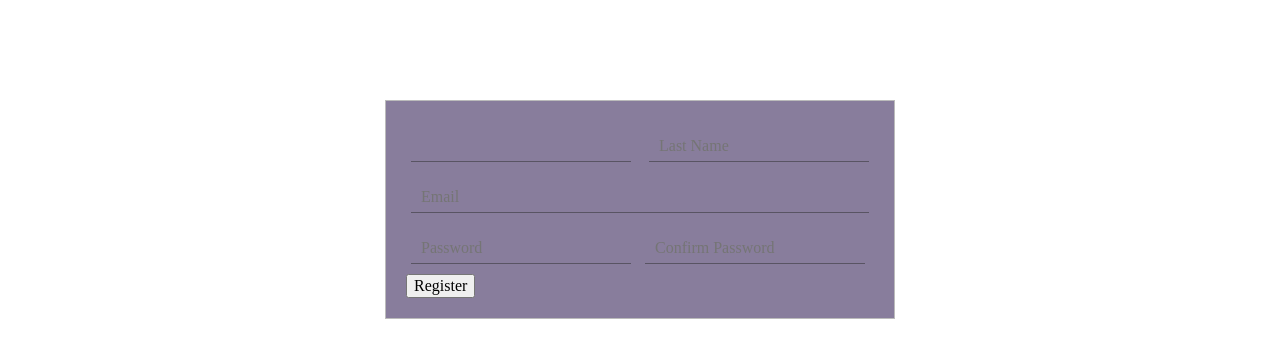
Repository: AMAmine89/vanilla-projects
Page: formo/index.html
An editor plug-in stored every save of this project. The page is shown before and after the next save, followed by the edit.
The browser window is 1280 px wide. The pictures show the whole page.

Above is the page before, as saved 2021-05-05 06:43:14.

### formo/index.html
<!DOCTYPE html>
<html lang="en">
<head>
    <meta charset="UTF-8">
    <meta http-equiv="X-UA-Compatible" content="IE=edge">
    <meta name="viewport" content="width=device-width, initial-scale=1.0">
    <link rel="stylesheet" href="css/normalize.css">
    <link rel="stylesheet" href="style.css">
    <title>Formo</title>
</head>
<body>
    <section>
        <form>
            <div class="double-block">
                <input type="text" name="first-name" id="first-name">
                <label for="first-name"></label>
                <input type="text" name="last-name" placeholder="Last Name">
            </div>
            <div>
                <input type="email" name="email" placeholder="Email">
            </div>
            <div class="double-block">
                <input type="password" name="password" placeholder="Password">
                <input type="password" name="confirm-password" placeholder="Confirm Password">
            </div>
            <div>
                <input type="submit" value="Register">
            </div>
        </form>
    </section>
</body>
</html>

### formo/style.css
section {
    display: flex;
    justify-content: center;
    margin-top: 100px;
}

form {
    background: rgba(42, 22, 78, 0.555);
    padding: 20px;
    border: 1px solid rgb(187, 187, 187);
    border-radius: 0%;
    -webkit-border-radius: 0%;
    -moz-border-radius: 0%;
    -ms-border-radius: 0%;
    -o-border-radius: 0%;
}


input:not(input[type="submit"]) {
    padding: 5px 10px;
    height: 20px;
    background: transparent;
    border-top: none;
    border-right: none;
    border-left: none;
    border-bottom: solid 1px rgba(49, 49, 49, 0.527);
    margin: 10px 5px;
    outline: none;
}

input[type="email"] {
    width: -webkit-fill-available;
}

input:not(input[type="submit"])::after {
    content: '';
    width: 0;
    display: block;
    height: 1px;
    color: rgb(49, 49, 49);
    border-bottom: solid 1px;
    transition: width .3s ease-in-out;
    -webkit-transition: width .3s ease-in-out;
    -moz-transition: width .3s ease-in-out;
    -ms-transition: width .3s ease-in-out;
    -o-transition: width .3s ease-in-out;
}

input:not(input[type="submit"]):focus::after {
    width: 100%;
}


input[name="first-name"]::before {
    content: 'First Name';
    cursor: text;
    width: 100%;
    height: 100%;
    display: inline-block;
    position: relative;
    bottom: auto;
    left: -180px;
}

input[name="first-name"]:focus::before {
    bottom: 20px;
}

label {
    cursor: text;
    display: inline-block;
    position: relative;
    bottom: auto;
    left: -180px;
    transition: bottom .7s ease-in-out;
    -webkit-transition: bottom .7s ease-in-out;
    -moz-transition: bottom .7s ease-in-out;
    -ms-transition: bottom .7s ease-in-out;
    -o-transition: bottom .7s ease-in-out;
}

Loaded but not shown: formo/normalize.css (library)

After the next save:
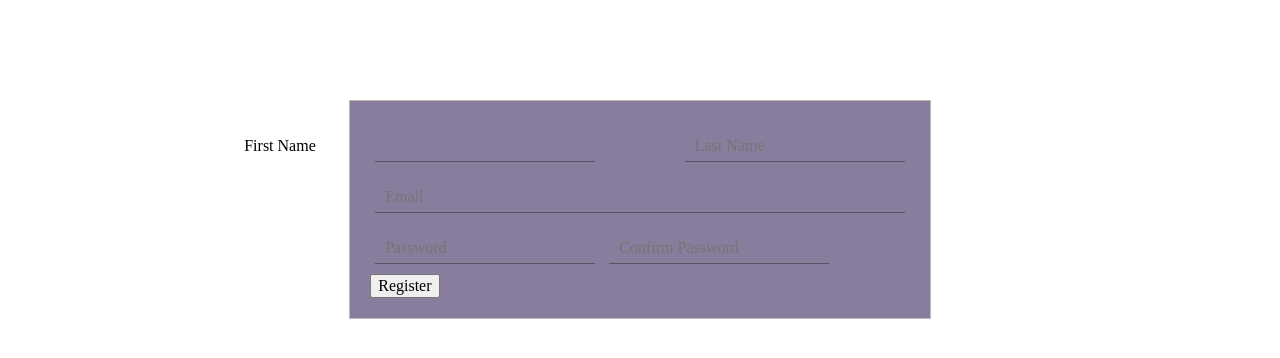
Saved 10 s later.
--- a/formo/style.css
+++ b/formo/style.css
@@ -51,7 +51,7 @@ input:not(input[type="submit"]):focus::after {
 }
 
 
-input[name="first-name"]::before {
+input[name="first-name"] +label::before {
     content: 'First Name';
     cursor: text;
     width: 100%;
